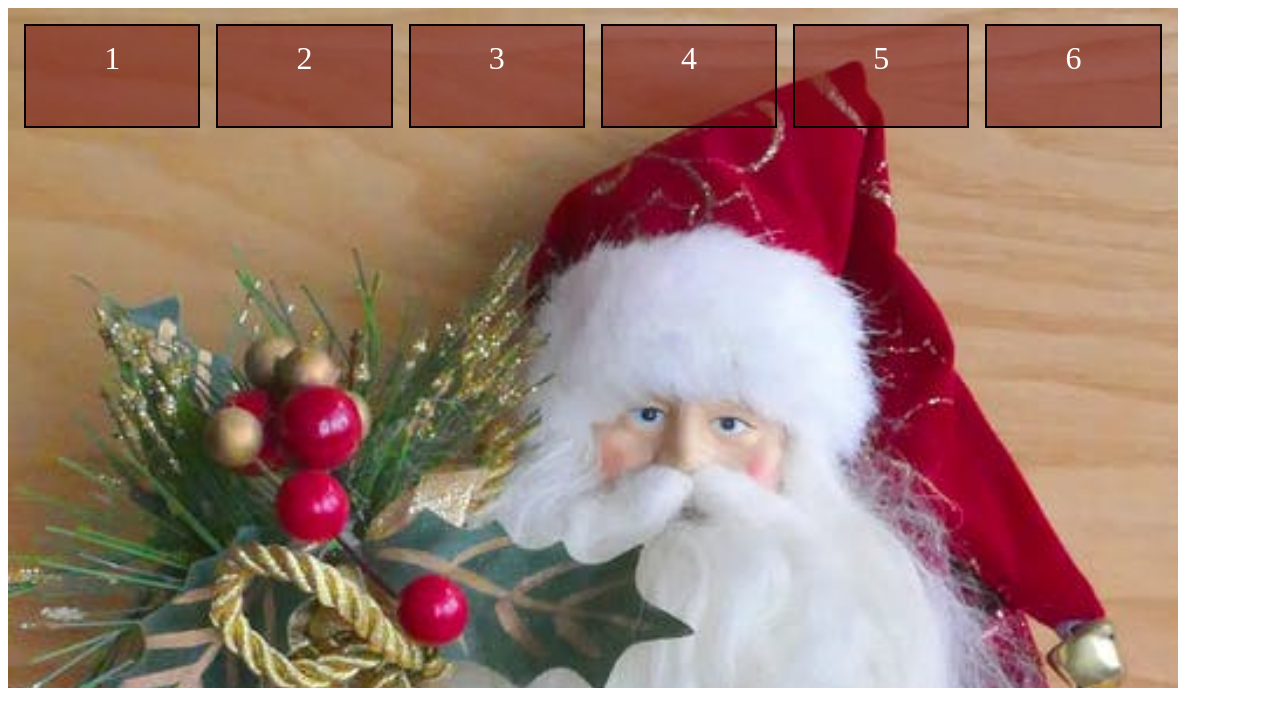
Repository: hindrik40/julprogram-js
Page: advent.html
These files come from the project's save history. The page is drawn as it stood at one moment and after the next save; the edit follows.
The browser window is 1280 px wide. The pictures show the whole page.

Above is the page before, as saved 2021-12-14 10:50:18.

After the next save:
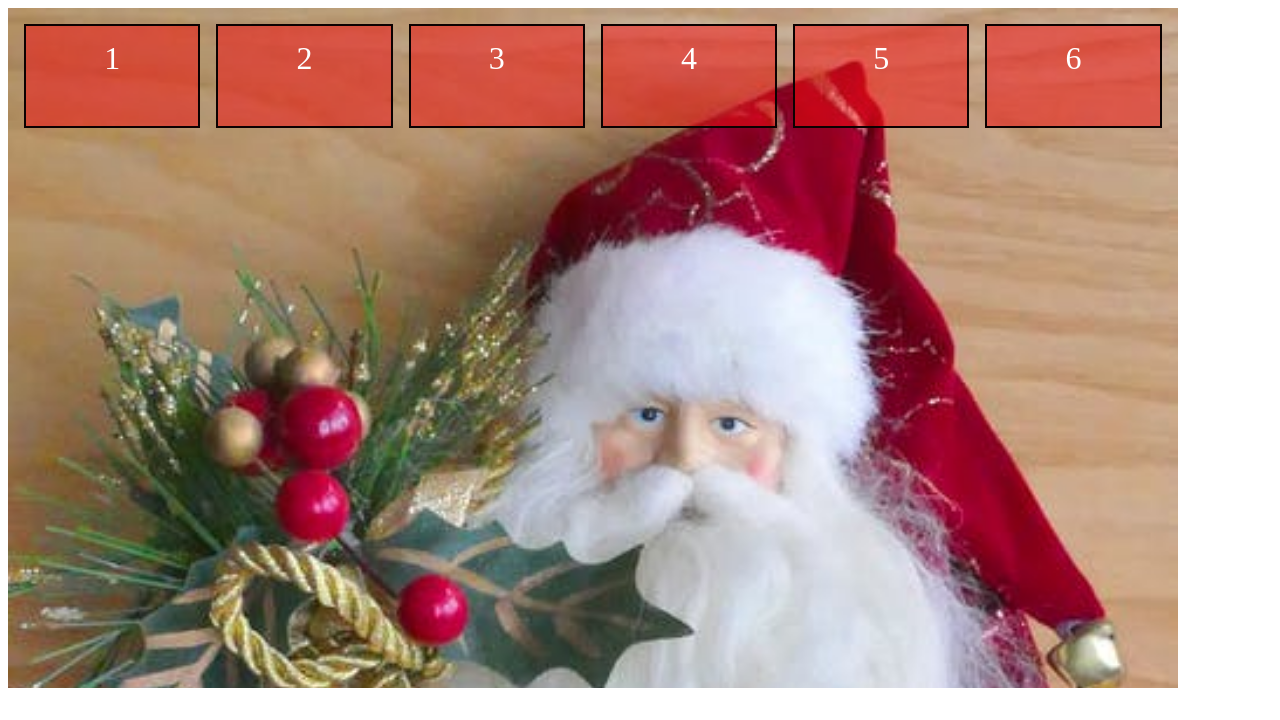
Saved 66 s later.
--- a/advent.css
+++ b/advent.css
@@ -14,7 +14,7 @@ main div{
    min-height: 100px;
    height: 4rem;
     border:solid 2px rgb(12, 1, 1);
-    background-color: rgba(112, 6, 6, 0.5);
+    background-color: rgba(245, 12, 12, 0.5);
     font-size:2rem;
     text-align: center;
     vertical-align: middle;
